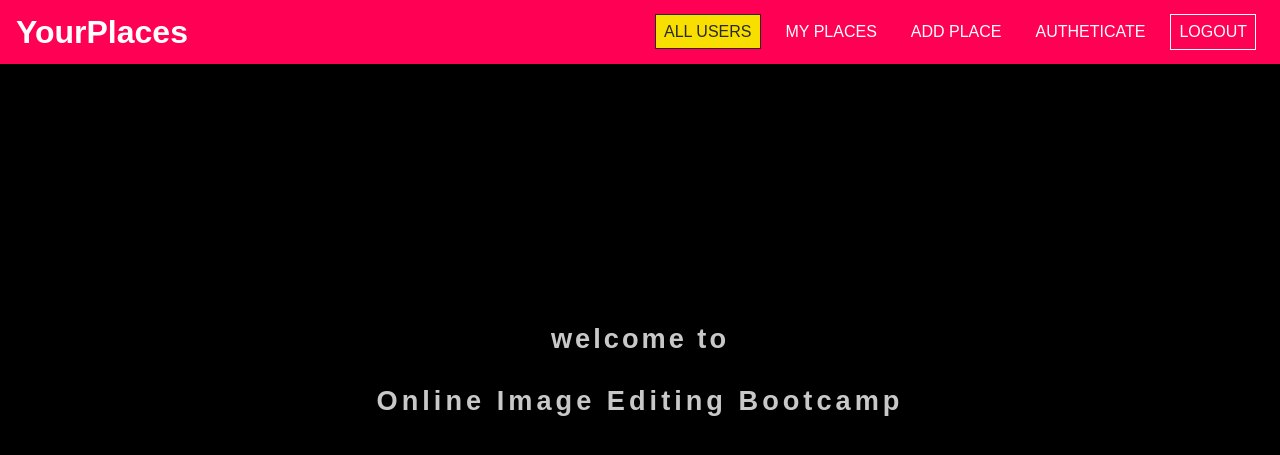
Repository: TanviSanyal/ImageEditingBootcamp
Page: /
An editor plug-in stored every save of this project. The page is shown before and after the next save, followed by the edit.
The browser window is 1280 px wide. The pictures show the whole page.
The project was rebuilt for these pictures with package versions that can differ from the ones it lists, and the page was loaded fresh each time. Also part of the build but not shown: src/shared/components/navigation/SideDrawer.css, src/shared/components/UIElements/Backdrop.css, src/shared/components/UIElements/Backdrop.js.

Above is the page before, as saved 2020-09-26 23:09:46.

After the next save:
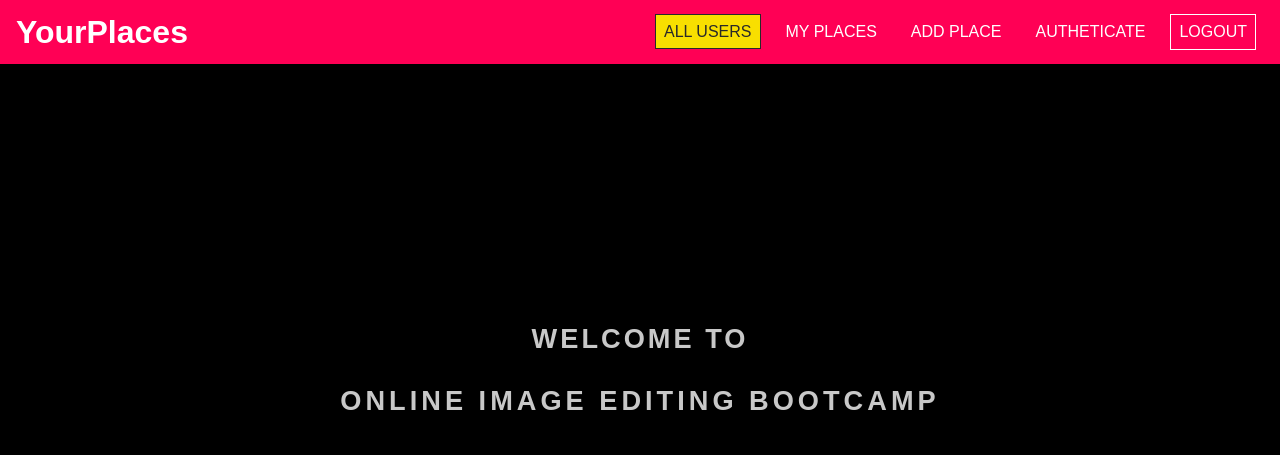
Saved 43 s later.
--- a/src/App.css
+++ b/src/App.css
@@ -1,13 +1,10 @@
-.main-body span{
-  color: white;
-  text-transform: uppercase;
-  display: block;
-}
+
 .main-body{
   text-align: center;
   padding-top: 30vh;
   padding-left: 3%;
   padding-right: 3%;
+  text-transform: uppercase;
 }
 
 .text1{
